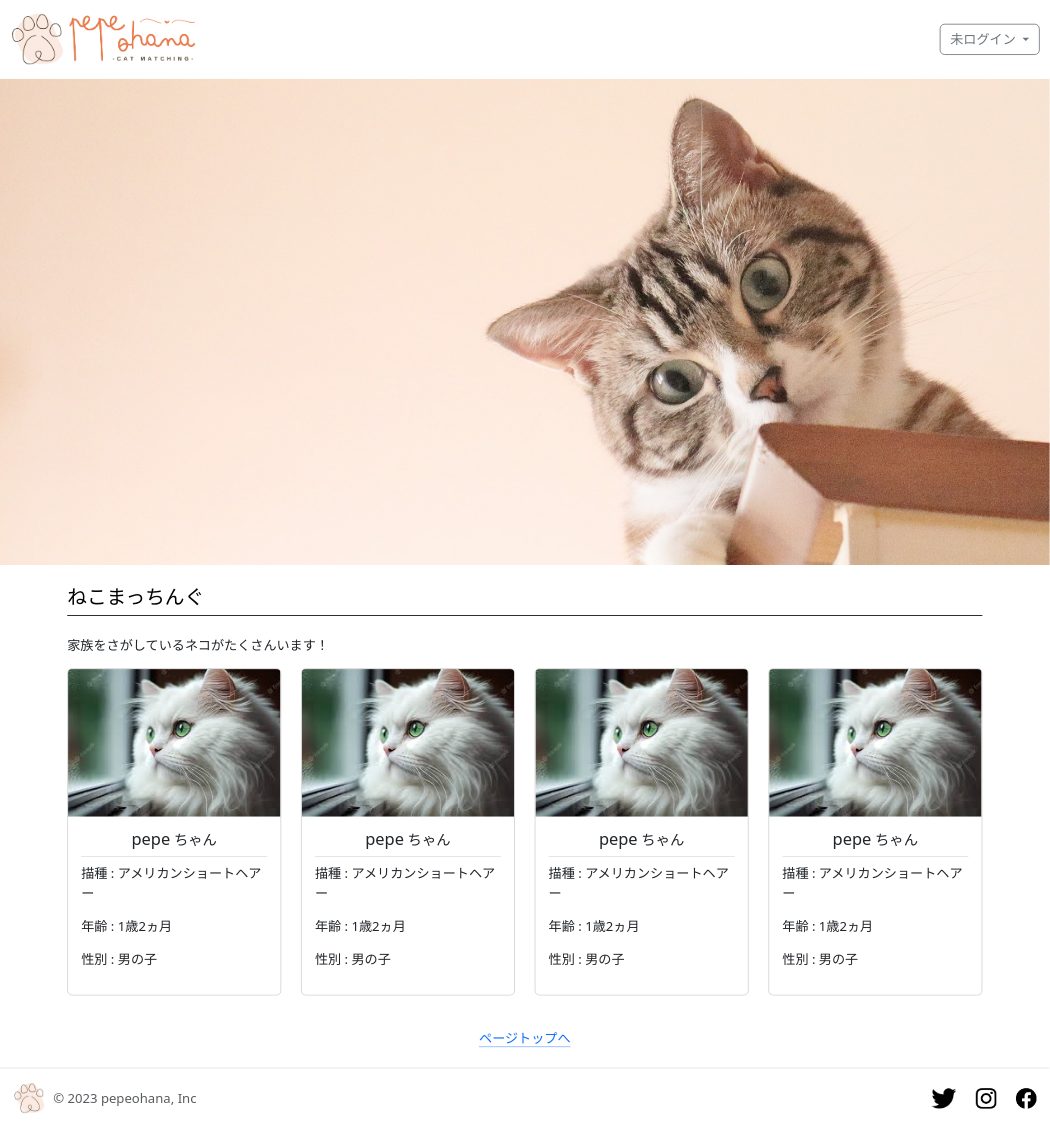
Repository: sakuwell/pepe
Page: http://localhost/PepeOhana/
The author's editor kept a copy of each file at every save. The page is drawn from the files as they stood at one save, then again after the next save.
The browser window is 1280 px wide. The pictures show the whole page, at 82% of full size.
The page is served by Tomcat 9. Other server files are loaded and not shown.

Above is the page before, as saved 2023-09-06 05:09:09.

### ExWorkSpace/PepeOhana/src/main/webapp/index.jsp
<%@ page language="java" contentType="text/html; charset=UTF-8"
    pageEncoding="UTF-8"%>
<%@ page import="model.UsersInfoDto" %>

<!DOCTYPE html>
<html lang="ja">
<head>
    <meta charset="UTF-8">
    <meta name="viewport" content="width=device-width, initial-scale=1.0">
    <!-- Bootstrap CSS -->
    <link href="https://cdn.jsdelivr.net/npm/bootstrap@5.3.0/dist/css/bootstrap.min.css" rel="stylesheet" integrity="sha384-9ndCyUaIbzAi2FUVXJi0CjmCapSmO7SnpJef0486qhLnuZ2cdeRhO02iuK6FUUVM" crossorigin="anonymous">
    <script src="https://cdn.jsdelivr.net/npm/bootstrap@5.3.0/dist/js/bootstrap.bundle.min.js" integrity="sha384-geWF76RCwLtnZ8qwWowPQNguL3RmwHVBC9FhGdlKrxdiJJigb/j/68SIy3Te4Bkz" crossorigin="anonymous"></script>
    <title>Top | pepeohana</title>
</head>

<%
    // セッションを取得
	UsersInfoDto userInfoOnSession = (UsersInfoDto)session.getAttribute("LOGIN_INFO");
	boolean isLoggedIn = false;
	String userName = "";
	//HttpSession mysession = request.getSession(true);

    // セッションが存在し、username属性もセットされている場合はログイン済み
    if (userInfoOnSession != null) {
		userName = userInfoOnSession.getUserName();
        isLoggedIn = true;
    }
%>

<body>
	<% if (isLoggedIn) { %>
    <!-- ログイン済ヘッダー -->
    <nav class="navbar navbar-expand-lg navbar-light bg-white">
        <div class="container-fluid">
            <a class="navbar-brand" href="index.jsp">
                <img src="images/pepe_ohana_logo.png" alt="ページロゴ" width="auto" height="70">
            </a>
            <div class="btn-group">
                <button type="button" class="btn btn-secondary dropdown-toggle" data-bs-toggle="dropdown" aria-expanded="false">
                    userName
                </button>
                <ul class="dropdown-menu dropdown-menu-end">
                    <li><a class="dropdown-item" href="<%=request.getContextPath()%>/ExeMyPage">マイページ</a></li>
                    <li><a class="dropdown-item" href="<%=request.getContextPath()%>/ExeLogout">ログアウト</a></li>
                </ul>
            </div>
        </div>
    </nav>
    <!-- ログイン済ヘッダーここまで -->
    <% } else { %>
    <!-- 未ログインヘッダー -->
    <nav class="navbar navbar-expand-lg navbar-light bg-white">
    	<div class="container-fluid">
        	<a class="navbar-brand" href="index.jsp">
          		<img src="images/pepe_ohana_logo.png" alt="ページロゴ" width="auto" height="70">
          	</a>
         	<div class="btn-group">
            	<button type="button" class="btn btn-outline-secondary dropdown-toggle" data-bs-toggle="dropdown" aria-expanded="false">
             		 未ログイン
            	</button>
            	<ul class="dropdown-menu dropdown-menu-end">
              		<li><a class="dropdown-item" href="jsp/Login.jsp">ログイン</a></li>
              		<li><a class="dropdown-item" href="jsp/registUser.jsp">新規ユーザー登録</a></li>
            	</ul>
          	</div>
        </div>
    </nav>
    <!-- 未ログインヘッダーここまで -->
    <% } %>


    <!-- ヒーロー画像 -->
    <img class="img-fluid mb-4" src="images/hero_index.jpg"  alt="index画像" style="max-height:600px; width:100%; object-fit: cover;">

    <!-- ここから下　ページごとの内容 -->
    <div>
        <!-- 検索フォームゾーン -->
        <div class="container">
            <div class="h4 pb-2 mb-4 text-black border-bottom border-black">
                ねこまっちんぐ
            </div>
                <p>家族をさがしているネコがたくさんいます！</p>
            <!-- 猫カード -->
            <div class="row">
               <!-- カードのコンテンツ1 -->
               <div class="col-6 col-md-4 col-lg-3">
                    <div class="card mb-3">
                    	<img src="images/cat_2.jpg" style="height:180px; width: 100%; object-fit: cover;" class="card-img-top" alt="猫画像">
                        <div class="card-body">
                            <h5 class="card-title text-center border-bottom pb-2">pepe<small> ちゃん</small></h5>
                            <p class="card-text text-right">描種 : アメリカンショートヘアー</p>
                            <p class="card-text text-right">年齢 : 1歳2ヵ月</p>
                            <p class="card-text text-right">性別 : 男の子</p>
                            <div class="d-flex justify-content-center">
                                <a href="#" class="stretched-link"></a>
                            </div>
                        </div>
                    </div>
                </div>
               <!-- カードのコンテンツ2 -->
               <div class="col-6 col-md-4 col-lg-3">
                    <div class="card mb-3">
                    	<img src="images/cat_2.jpg" style="height:180px; width: 100%; object-fit: cover;" class="card-img-top" alt="猫画像">
                        <div class="card-body">
                            <h5 class="card-title text-center border-bottom pb-2">pepe<small> ちゃん</small></h5>
                            <p class="card-text text-right">描種 : アメリカンショートヘアー</p>
                            <p class="card-text text-right">年齢 : 1歳2ヵ月</p>
                            <p class="card-text text-right">性別 : 男の子</p>
                            <div class="d-flex justify-content-center">
                                <a href="#" class="stretched-link"></a>
                            </div>
                        </div>
                    </div>
                </div>
               <!-- カードのコンテンツ3 -->
               <div class="col-6 col-md-4 col-lg-3">
                    <div class="card mb-3">
                    	<img src="images/cat_2.jpg" style="height:180px; width: 100%; object-fit: cover;" class="card-img-top" alt="猫画像">
                        <div class="card-body">
                            <h5 class="card-title text-center border-bottom pb-2">pepe<small> ちゃん</small></h5>
                            <p class="card-text text-right">描種 : アメリカンショートヘアー</p>
                            <p class="card-text text-right">年齢 : 1歳2ヵ月</p>
                            <p class="card-text text-right">性別 : 男の子</p>
                            <div class="d-flex justify-content-center">
                                <a href="#" class="stretched-link"></a>
                            </div>
                        </div>
                    </div>
                </div>
               <!-- カードのコンテンツ4 -->
               <div class="col-6 col-md-4 col-lg-3">
                    <div class="card mb-3">
                    	<img src="images/cat_2.jpg" style="height:180px; width: 100%; object-fit: cover;" class="card-img-top" alt="猫画像">
                        <div class="card-body">
                            <h5 class="card-title text-center border-bottom pb-2">pepe<small> ちゃん</small></h5>
                            <p class="card-text text-right">描種 : アメリカンショートヘアー</p>
                            <p class="card-text text-right">年齢 : 1歳2ヵ月</p>
                            <p class="card-text text-right">性別 : 男の子</p>
                            <div class="d-flex justify-content-center">
                                <a href="#" class="stretched-link"></a>
                            </div>
                        </div>
                    </div>
                </div>

            </div>
        </div>
    </div>
    <!-- ここまで　ページごとの内容 -->

    <!-- フッター -->
    <div class="text-center mt-4">
        <a class="icon-link icon-link-hover" href="#">
            ページトップへ
        </a>
	</div>
	<footer class="d-flex flex-wrap justify-content-between align-items-center py-3 my-4 border-top">
    	<div class="col-md-4 d-flex align-items-center ms-3">
        	<a href="index.jsp" class="mb-3 me-2 mb-md-0"><img alt="ロゴ画像" src="images/nikukyu_logo.png" width="auto" height="40"></a>
          	<span class="mb-3 mb-md-0 text-body-secondary">© 2023 pepeohana, Inc</span>
        </div>
        <ul class="nav col-md-4 justify-content-end list-unstyled d-flex me-3">
            <li><a href="#"><img src=images/twitter_logo.png width="auto" height="25"></a></li>
            <li class="ms-4"><a href="#"><img src=images/insta_logo.png width="auto" height="25"></a></li>
            <li class="ms-4"><a href="#"><img src=images/facebook_logo.png width="auto" height="25"></a></li>
        </ul>
	</footer>
    <!-- フッター　ここまで -->

</body>
</html>

After the next save:
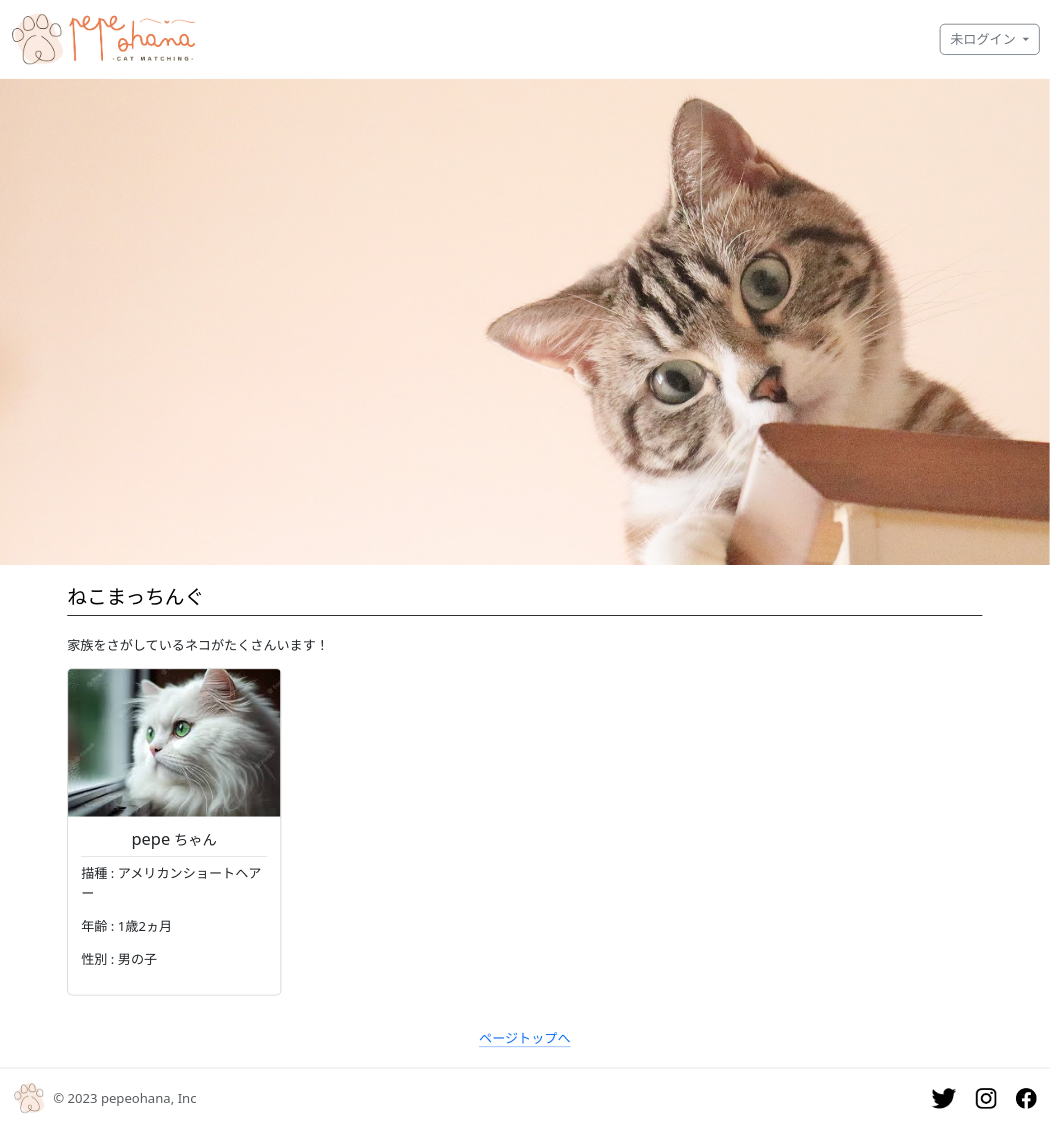
Saved 75 s later.
--- a/ExWorkSpace/PepeOhana/src/main/webapp/index.jsp
+++ b/ExWorkSpace/PepeOhana/src/main/webapp/index.jsp
@@ -97,52 +97,6 @@
                         </div>
                     </div>
                 </div>
-               <!-- カードのコンテンツ2 -->
-               <div class="col-6 col-md-4 col-lg-3">
-                    <div class="card mb-3">
-                    	<img src="images/cat_2.jpg" style="height:180px; width: 100%; object-fit: cover;" class="card-img-top" alt="猫画像">
-                        <div class="card-body">
-                            <h5 class="card-title text-center border-bottom pb-2">pepe<small> ちゃん</small></h5>
-                            <p class="card-text text-right">描種 : アメリカンショートヘアー</p>
-                            <p class="card-text text-right">年齢 : 1歳2ヵ月</p>
-                            <p class="card-text text-right">性別 : 男の子</p>
-                            <div class="d-flex justify-content-center">
-                                <a href="#" class="stretched-link"></a>
-                            </div>
-                        </div>
-                    </div>
-                </div>
-               <!-- カードのコンテンツ3 -->
-               <div class="col-6 col-md-4 col-lg-3">
-                    <div class="card mb-3">
-                    	<img src="images/cat_2.jpg" style="height:180px; width: 100%; object-fit: cover;" class="card-img-top" alt="猫画像">
-                        <div class="card-body">
-                            <h5 class="card-title text-center border-bottom pb-2">pepe<small> ちゃん</small></h5>
-                            <p class="card-text text-right">描種 : アメリカンショートヘアー</p>
-                            <p class="card-text text-right">年齢 : 1歳2ヵ月</p>
-                            <p class="card-text text-right">性別 : 男の子</p>
-                            <div class="d-flex justify-content-center">
-                                <a href="#" class="stretched-link"></a>
-                            </div>
-                        </div>
-                    </div>
-                </div>
-               <!-- カードのコンテンツ4 -->
-               <div class="col-6 col-md-4 col-lg-3">
-                    <div class="card mb-3">
-                    	<img src="images/cat_2.jpg" style="height:180px; width: 100%; object-fit: cover;" class="card-img-top" alt="猫画像">
-                        <div class="card-body">
-                            <h5 class="card-title text-center border-bottom pb-2">pepe<small> ちゃん</small></h5>
-                            <p class="card-text text-right">描種 : アメリカンショートヘアー</p>
-                            <p class="card-text text-right">年齢 : 1歳2ヵ月</p>
-                            <p class="card-text text-right">性別 : 男の子</p>
-                            <div class="d-flex justify-content-center">
-                                <a href="#" class="stretched-link"></a>
-                            </div>
-                        </div>
-                    </div>
-                </div>
-
             </div>
         </div>
     </div>
